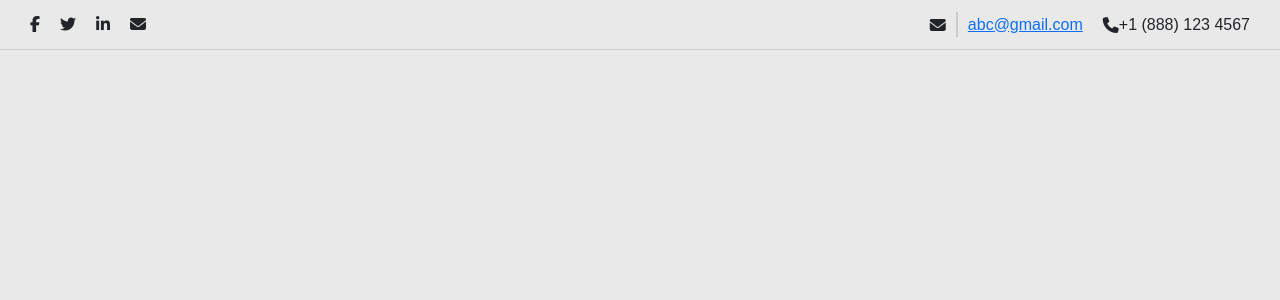
Repository: arehmanraza/lawyer_website
Page: Pages/index.html
These files come from the project's save history. The page is drawn as it stood at one moment and after a run of saves; the edit follows.
The browser window is 1280 px wide. The pictures show the whole page.
Some web libraries are served in a nearby version.

Above is the page before, as saved 2024-05-22 01:23:44.

After the next 3 saves:
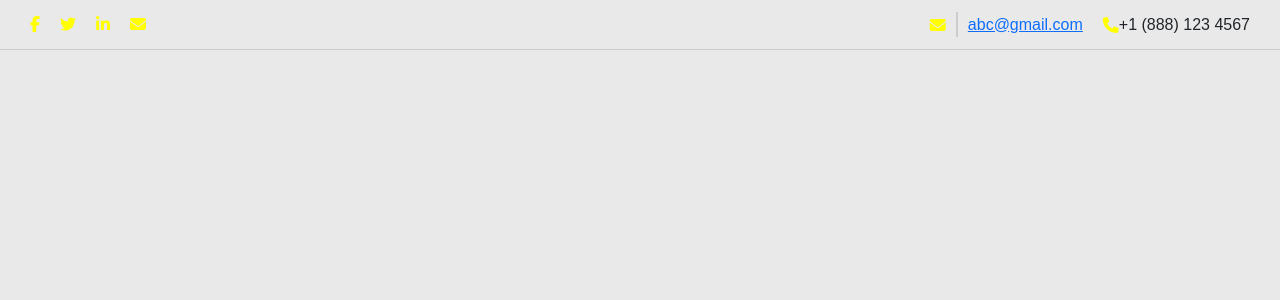
The 3 saves are shown as one change because they came seconds apart.
The last was saved 14 s later.
--- a/Styling/style.css
+++ b/Styling/style.css
@@ -58,3 +58,6 @@
     height: 25px;
     margin: 0px 10px;
 }
+.icon2{
+    color: yellow;
+}
